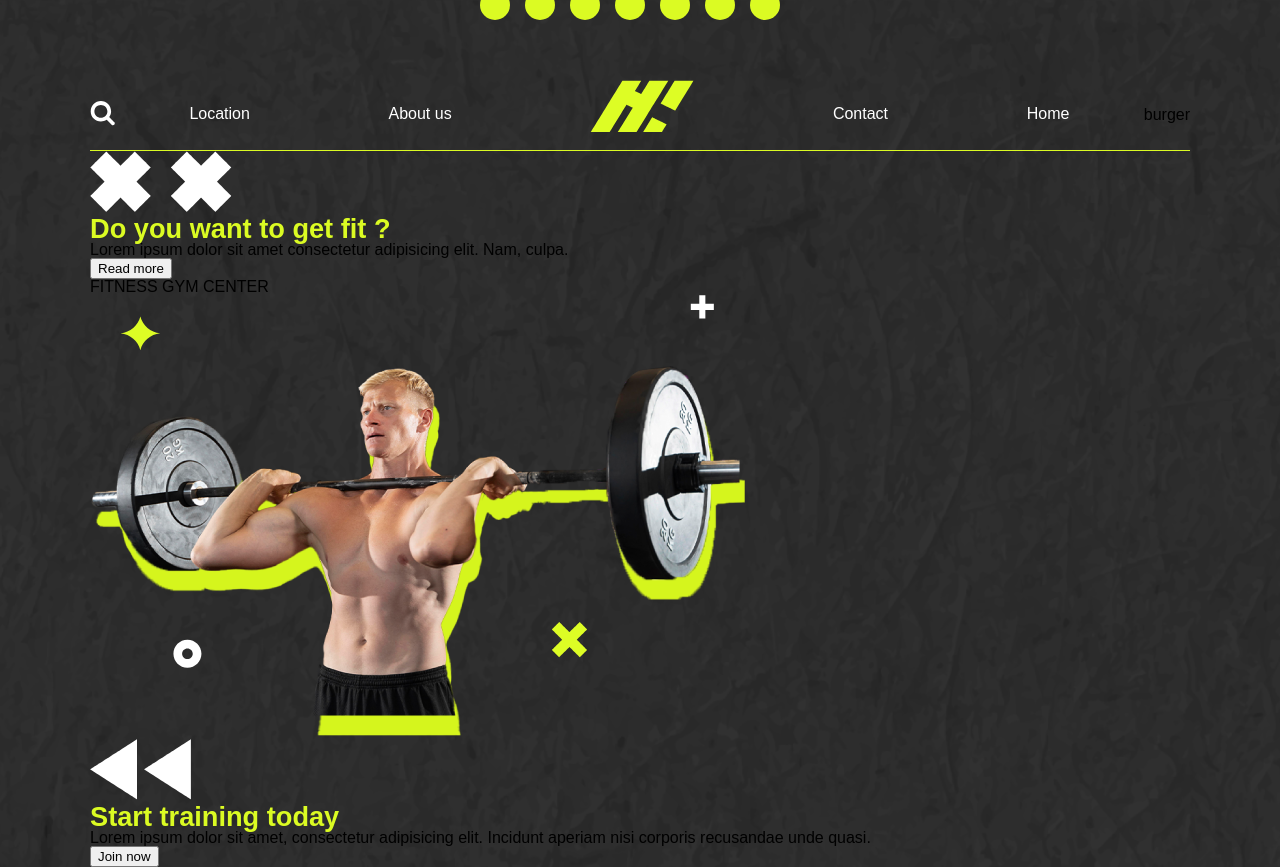
Repository: sem1103/fitness-test
Page: index.html
These files come from the project's save history. The page is drawn as it stood at one moment and after the next save; the edit follows.
The browser window is 1280 px wide. The pictures show the whole page.

Above is the page before, as saved 2023-11-03 18:40:47.

### index.html
<!DOCTYPE html>
<html lang="en">
<head>
    <meta charset="UTF-8">
    <meta name="viewport" content="width=device-width, initial-scale=1.0">
    <title>Fitness</title>
    <link rel="stylesheet" href="style/reset.css"/>
    <link rel="stylesheet" href="style/main.css"/>
</head>
<body>
    <div id="circles">
        <ul>
            <li></li>
            <li></li>
            <li></li>
            <li></li>
            <li></li>
            <li></li>
            <li></li>
        </ul>
    </div>
    <header class="container">
        <div id="search">
            <svg version="1.2" xmlns="http://www.w3.org/2000/svg" viewBox="0 0 25 25" width="25" height="25"><style>.a{fill:#fff}</style><path fill-rule="evenodd" class="a" d="m23 24.2c-0.5 0-1 0-1.4-0.5-4.9-4.9-4.9-4.9-4.9-4.9-1.9 1.2-3.7 1.6-5.8 1.6-5.6 0-10.2-4.4-10.2-10 0-5.8 4.6-10.3 10.2-10.3 5.6 0 10.2 4.5 10.2 10.3 0 1.9-0.7 4-1.9 5.6 4.9 5.1 4.9 5.1 4.9 5.1 0.5 0.3 0.7 0.7 0.7 1.2 0 1.2-0.9 1.9-1.8 1.9zm-12.1-20.3c-3.7 0-6.5 2.8-6.5 6.5 0 3.5 2.8 6.3 6.5 6.3 3.5 0 6.5-2.8 6.5-6.3 0-3.7-3-6.5-6.5-6.5z"/></svg>
        </div>
        <nav>
            <ul>
                <li><a href="">Location</a></li>
                <li><a href="">About us</a></li>
                <li><a href=""><img src="./img/logo.png" alt="Logo"></a></li>
                <li><a href="">Contact</a></li>
                <li><a href="">Home</a></li>
            </ul>
        </nav>
        <div id="burger__menu">burger</div>
    </header>
    <main>

        <div id="intro" class="container">
            <div class="side__section">
                <div class="img">
                    <img src="img/section-one.png" alt="">
                </div>
                <h2>Do you want
                    to get fit ?</h2>
                <p>Lorem ipsum dolor sit amet consectetur adipisicing elit. Nam, culpa.</p>
                <button>Read more</button>
            </div>
            <div class="main__section">
                <h1>FITNESS GYM
                    CENTER</h1>
                <img src="img/section-two.png" alt="">
            </div>
            <div class="side__section">
                <div class="img">
                    <img src="img/section-three.png" alt="">
                </div>
                <h2>Start training
                    today</h2>
                <p>Lorem ipsum dolor sit amet, consectetur adipisicing elit. Incidunt aperiam nisi corporis recusandae unde quasi.</p>
                <button>Join now</button>
            </div>
        </div>


    </main>
</body>
</html>

### style/reset.css
html, body, div, span, applet, object, iframe,
h1, h2, h3, h4, h5, h6, p, blockquote, pre,
a, abbr, acronym, address, big, cite, code,
del, dfn, em, img, ins, kbd, q, s, samp,
small, strike, strong, sub, sup, tt, var,
b, u, i, center,
dl, dt, dd, ol, ul, li,
fieldset, form, label, legend,
table, caption, tbody, tfoot, thead, tr, th, td,
article, aside, canvas, details, embed,
figure, figcaption, footer, header, hgroup,
menu, nav, output, ruby, section, summary,
time, mark, audio, video {
	margin: 0;
	padding: 0;
	border: 0;
	font-size: 100%;
	font: inherit;
	vertical-align: baseline;
}
/* HTML5 display-role reset for older browsers */
article, aside, details, figcaption, figure,
footer, header, hgroup, menu, nav, section {
	display: block;
}
body {
	line-height: 1;
	font-family: Arial, Helvetica, sans-serif;
}
ol, ul {
	list-style: none;
}
blockquote, q {
	quotes: none;
}
blockquote:before, blockquote:after,
q:before, q:after {
	content: '';
	content: none;
}
table {
	border-collapse: collapse;
	border-spacing: 0;
}
a{
	text-decoration: none;
}

### style/main.css
.container {
    max-width: 1100px;
    margin: auto;
}

body {
    background: url(./../img/background.png) center/cover;
    min-height: 100vh;
}

#circles ul {
    display: flex;
    flex-direction: row;
    width: 100%;
    justify-content: center;
    gap: 15px;
    margin: -10px;
}

#circles li {
    padding: 15px;
    border-radius: 50%;
    background-color: #dbfb23;
}

header {
    padding: 70px 0 0 0;
    border-bottom: 1px solid #dbfb23;
}

header,
nav ul {
    display: flex;
    flex-direction: row;
    justify-content: space-between;
    align-items: center;
}

nav {
    flex-basis: 80%;
}

nav ul {
    align-items: stretch;
}

nav li {
    display: flex;
    align-items: center;
    transition: all .3s ease-in-out;
    border-bottom: 2px solid transparent;
}
nav li:nth-child(3){
    margin: 0 0 15px 0;
    border: 0;
}
nav a {
    color: #fff;
}

nav li:hover {
    color: #dbfb23;
    transition: all .3s ease-in-out;
    border-color: #fff;
}
h2{
    color: #dbfb23;
    font-size: 1.7rem;
    font-weight: 600;
}

After the next save:
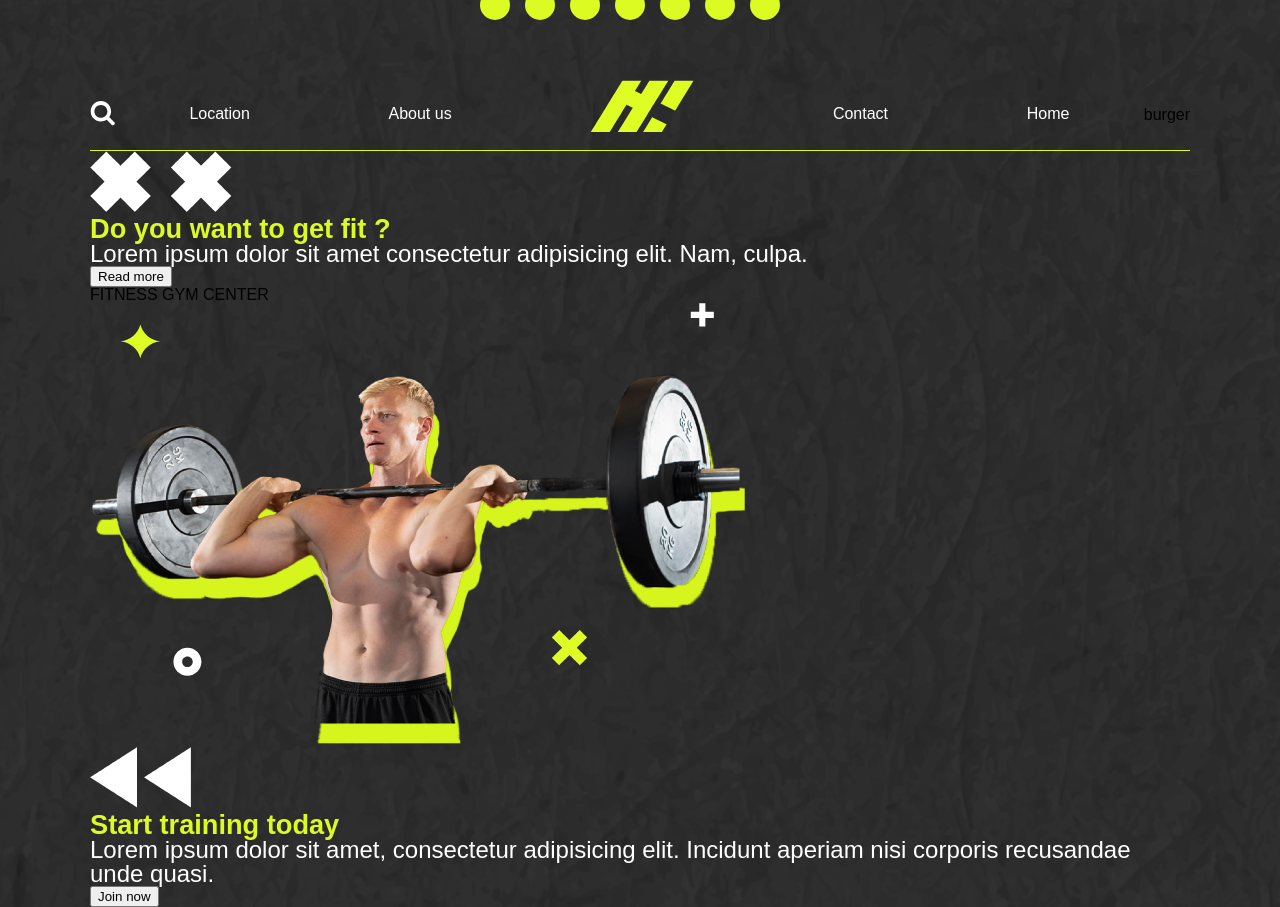
Saved 43 s later.
--- a/style/main.css
+++ b/style/main.css
@@ -68,3 +68,7 @@
     font-size: 1.7rem;
     font-weight: 600;
 }
+#intro p{
+    color: #fff;
+    font-size: 1.5rem;
+}
